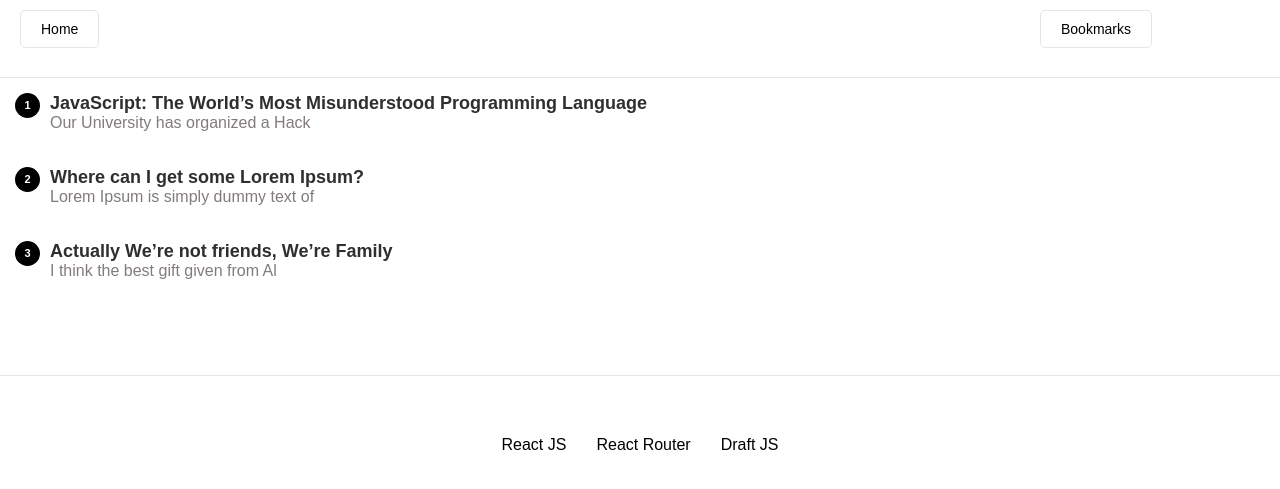
Repository: DevLaukey/task
Page: /react-mini-blog/bookmark
An editor plug-in stored every save of this project. The page is shown before and after the next save, followed by the edit.
The browser window is 1280 px wide. The pictures show the whole page.
The project was rebuilt for these pictures with package versions that can differ from the ones it lists, and the page was loaded fresh each time. Also part of the build but not shown: src/data.js, src/Components/content/Post.js, src/Components/content/Posts.js, src/Components/content/Content.js, src/Components/RichText/StyleButton.js, src/Components/RichText/BlockStyleControls.js, src/Components/RichText/InlineStyleControls.js, src/Components/posts/posts.css and 3 more.

Above is the page before, as saved 2022-06-13 13:45:44.

### public/index.html
<!DOCTYPE html>
<html lang="en">
  <head>
    <meta charset="utf-8">
    <meta name="viewport" content="width=device-width, initial-scale=1, shrink-to-fit=no">
    <meta name="theme-color" content="#000000">
    <!--
      manifest.json provides metadata used when your web app is added to the
      homescreen on Android. See https://developers.google.com/web/fundamentals/engage-and-retain/web-app-manifest/
    -->
    <link rel="manifest" href="%PUBLIC_URL%/manifest.json">
    <link rel="shortcut icon" href="%PUBLIC_URL%/favicon.ico">
    <!--
      Notice the use of %PUBLIC_URL% in the tags above.
      It will be replaced with the URL of the `public` folder during the build.
      Only files inside the `public` folder can be referenced from the HTML.

      Unlike "/favicon.ico" or "favicon.ico", "%PUBLIC_URL%/favicon.ico" will
      work correctly both with client-side routing and a non-root public URL.
      Learn how to configure a non-root public URL by running `npm run build`.
    -->
    <title>React Mini Blog - By Zonayed Ahmed</title>
  </head>
  <body>
    <noscript>
      You need to enable JavaScript to run this app.
    </noscript>
    <div id="root"></div>
    <!--
      This HTML file is a template.
      If you open it directly in the browser, you will see an empty page.

      You can add webfonts, meta tags, or analytics to this file.
      The build step will place the bundled scripts into the <body> tag.

      To begin the development, run `npm start` or `yarn start`.
      To create a production bundle, use `npm run build` or `yarn build`.
    -->
  </body>
</html>

### src/App.js
import React, { Component } from "react";
import { BrowserRouter as Router, Route } from "react-router-dom";
import "./App.css";
import data from "./data";
import Footer from "./Components/footer/Footer";
import Header from "./Components/header/Header";
import Content from "./Components/content/Content";
import Bookmark from "./Components/content/Bookmark";
import NewStory from "./Components/posts/NewStory";
import SinglePost from "./Components/posts/SinglePost";

export default class App extends Component {
  constructor(props) {
    super(props);
    this.state = {
      posts: data,
    };

    this.handleBookmark = this.handleBookmark.bind(this);
    this.handleRemoveBookmark = this.handleRemoveBookmark.bind(this);
    this.handleSubmission = this.handleSubmission.bind(this);
    this.handleRemove = this.handleRemove.bind(this);
  }

  handleBookmark(data) {
    let posts = this.state.posts;
    posts = posts.map((post) =>
      post === data
        ? { id: post.id, title: post.title, body: post.body, bookmark: true }
        : post
    );
    this.setState({ posts });
  }

  handleRemoveBookmark(data) {
    let posts = this.state.posts;
    posts = posts.map((post) =>
      post === data
        ? { id: post.id, title: post.title, body: post.body, bookmark: false }
        : post
    );
    this.setState({ posts });
  }

  handleSubmission(data) {
    let posts = this.state.posts;
    posts = [data, ...posts];
    this.setState({ posts });
  }

  handleRemove(post, history) {
    let posts = this.state.posts;
    posts = posts.filter((onepost) => onepost !== post);
    this.setState({ posts });
    history.push("/");
    this.handleWindow();
  }

  handleWindow() {
    window.scrollTo(0, 0);
  }

  render() {
    return (
      <Router basename="/react-mini-blog">
        <div className="App">
          <Route path="*" render={(props) => <Header {...props} />} />
          <Route
            exact
            path="/"
            render={() => (
              <Content
                posts={this.state.posts}
                bookmarks={this.state.posts.filter((post) => post.bookmark)}
                handleBookmark={this.handleBookmark}
                handleRemoveBookmark={this.handleRemoveBookmark}
              />
            )}
          />
          <Route
            exact
            path="/new"
            render={() => <NewStory handleSubmission={this.handleSubmission} />}
          />
          <Route
            exact
            path="/bookmark"
            render={() => (
              <Bookmark
                bookmarks={this.state.posts.filter((post) => post.bookmark)}
              />
            )}
          />
          <Route
            exact
            path="/post/:id"
            render={(props) => (
              <SinglePost
                {...props}
                posts={this.state.posts}
                handleBookmark={this.handleBookmark}
                handleRemoveBookmark={this.handleRemoveBookmark}
                handleRemove={this.handleRemove}
                handleWindow={this.handleWindow()}
              />
            )}
          />
          <Footer />
        </div>
      </Router>
    );
  }
}

### src/App.css
* {
  box-sizing: border-box;
  margin: 0;
  padding: 0;
}

.App {
  width: 100vw;
}

.btn {
  background: #fff;
  border: solid 1px rgba(0, 0, 0, 0.1);
  padding: 10px 20px;
  font-size: 14px;
  border-radius: 5px;
  margin: 10px;
}

a.btn {
  text-decoration: none;
  color: #000;
}

.btn:hover {
  cursor: pointer;
  border-color: #000;
}



.input-title {
  font-size: 32px;
  width: 100%;
  font-weight: 700;
  border: none;
  box-shadow: none;
  padding: 15px 0;
}

.input-title:focus {
  outline: none;
}

.richtext-editor {
  width: calc(100% / 1.35);
  margin: 0 auto;
}

.RichEditor-styleButton {
  background-color: #000;
  color: #fff;
  padding: 2px 5px;
  margin: 0;
  margin-right: 10px;
  border: 2px solid transparent;
}

.RichEditor-activeButton {
  border-color: #000;
  color: #000;
  background-color: transparent;
}

.public-DraftEditorPlaceholder-root {
  padding: 0;
  position: absolute;
  color: rgba(0, 0, 0, 0.3);
  font-weight: 700;
  font-size: 18px;
}

.public-DraftEditorPlaceholder-inner {
  font-size: 18px;
}

.msg-success {
  color: #4caf50;
}

.msg-error {
  color: #f44336;
}

### src/Components/footer/Footer.js
import React from 'react';
import "./footer.css"
export default () => {
  return (
    <footer>
      <div className="footer">
        <ul>
          <li>React JS</li>
          <li>React Router</li>
          <li>Draft JS</li>
        </ul>
      </div>
    </footer>
  )
}

### src/Components/header/Header.js
import React from "react";
import { Link } from "react-router-dom";
import "./header.css";

export default ({ match: { url } }) => {
  return (
    <header>
      <nav className="navbar">
        <div className="header__newStory">
          {url === "/" ? (
            <Link to="/new" className="btn btn-new">
              New Story
            </Link>
          ) : (
            <Link to="/" className="btn btn-new">
              Home
            </Link>
          )}
        </div>
        <div className="header__bookmarks">
          <Link to="/bookmark" className="btn btn-bookmarks">
            Bookmarks
          </Link>
        </div>
      </nav>
    </header>
  );
};

### src/Components/content/Bookmark.js
import React from "react";
import Bookmarks from "./Bookmarks";
import "./content.css"
export default ({ bookmarks }) => {
  return (
    <div className="bookmark-page">
      <h1 className="bookmark__h1">Your Bookmarks</h1>
      <Bookmarks bookmarks={bookmarks} />
    </div>
  );
};

### src/Components/footer/footer.css

footer {
  clear: both;
  padding: 60px 0;
}

.footer ul {
  margin: 0;
  padding: 0;
  padding-top: 60px;
  border-top: solid 1px rgba(0, 0, 0, 0.10);
  text-align: center;
}

.footer ul li {
  list-style: none;
  display: inline-block;
  margin: 0 15px;
}

.footer ul li a {
  background-color: #000;
  color: #fff;
  text-decoration: none;
  padding: 2px 5px;
  border-radius: 4px;
}

### src/Components/header/header.css

header{
    background-color:white;
    position: fixed;
    top: 0;

}
.navbar{
    display:flex;
    justify-content:space-between;
    margin: 20px 10px;
    width: 90vw;
}

### src/Components/content/Bookmarks.js
import React from "react";
import { Link } from "react-router-dom";
import { leveningStr } from "../../helper";
import "./content.css";
export default ({ bookmarks }) => {
  const { length } = bookmarks;
  const showPost =
    length > 0 ? (
      bookmarks.map(({ id, title, body }, index) => (
        <div key={id} className="bookmark">
          <span className="number">{index + 1}</span>
          <h5>
            <Link to={`/post/${id}`}>{title}</Link>
          </h5>
          <p>{leveningStr(body, 35)}</p>
        </div>
      ))
    ) : (
      <p>No Bookmark Found</p>
    );
  return <div>{showPost}</div>;
};

### src/Components/content/content.css
.content-area {
  width: 100vw;
  display: flex;
}
.all-posts {
  width: 100%;
  margin: 15px;
}


.bookmarks-sidebar {
  display: none;

}
.post {
  margin-bottom: 30px;
  padding: 0 25px;
  border-bottom: 1px solid #9b9898;
}

.post a {
  color: #000;
  text-decoration: none;
}

.post h3 {
  font-size: 26px;
  margin-bottom: 15px;
}

.post p {
  line-height: 1.8;
}

.post ul {
  display: flex;
  align-items: center;
  flex-wrap: wrap;
  padding: 0;
}

.post ul li {
  margin: 10px;
  list-style: none;
  display: inline-block;
}

.post ul li button {
  margin-right: 15px;
}

.post-foot {
  border-top: solid 1px rgba(0, 0, 0, 0.1);
  margin: 0;
  margin-top: 35px;
  padding: 35px 0;
}

.post-foot li {
  list-style: none;
  display: inline-block;
}

.btn-more {
  margin-right: 15px;
}
.btn-remove-bookmarks {
  background-color: #000;
  color: #fff;
}

.btn-remove {
  background-color: #F44336;
  color: #fff;
  margin-left: 15px;
}

.btn-submit {
  margin-top: 15px;
}

.bookmark {
  position: relative;
  padding-left: 35px;
  margin-left: 15px;
  margin-top: 15px;
  margin-bottom: 35px;
}

.bookmark h5 {
  font-size: 18px;
  margin-bottom: 0;
}

.bookmark h5 a {
  text-decoration: none;
  color: rgb(48, 46, 46);
}

.bookmark p {
  font-size: 16px;
  color: rgba(99, 90, 90, 0.8);
  margin: 0;
}

.bookmark .number {
  position: absolute;
  left: 0;
  background-color: #000;
  color: #fff;
  font-size: 11px;
  font-weight: 900;
  height: 25px;
  width: 25px;
  border-radius: 100%;
  text-align: center;
  top: 0;
  line-height: 25px;
}
.bookmark-page {
  margin-top: 10px;
}
.bookmark__h1{
  text-align: center;
}

.bookmark-page h1 {
  border-bottom: solid 1px rgba(0, 0, 0, 0.1);
  padding-bottom: 30px;
}


/* MEDIA QUERY FOR LARGER SCREENS */
@media screen and (min-width: 768px) {
  .bookmarks-sidebar {
    display: flex;
    flex-direction: column;
    flex-wrap: wrap;
    padding: 20px;
      background-color: #fafafa;

  }
}

### src/helper.js
export const leveningStr = (data, amount) => {
  let string = data.split(/<\/?\w*>/);
  string = string.reduce((data, one)=>data+=one);
  string = string.substr(0, amount);
  return string;
}

Loaded but not shown: src/index.js (common file); src/index.css (common file); src/registerServiceWorker.js (common file)

After the next save:
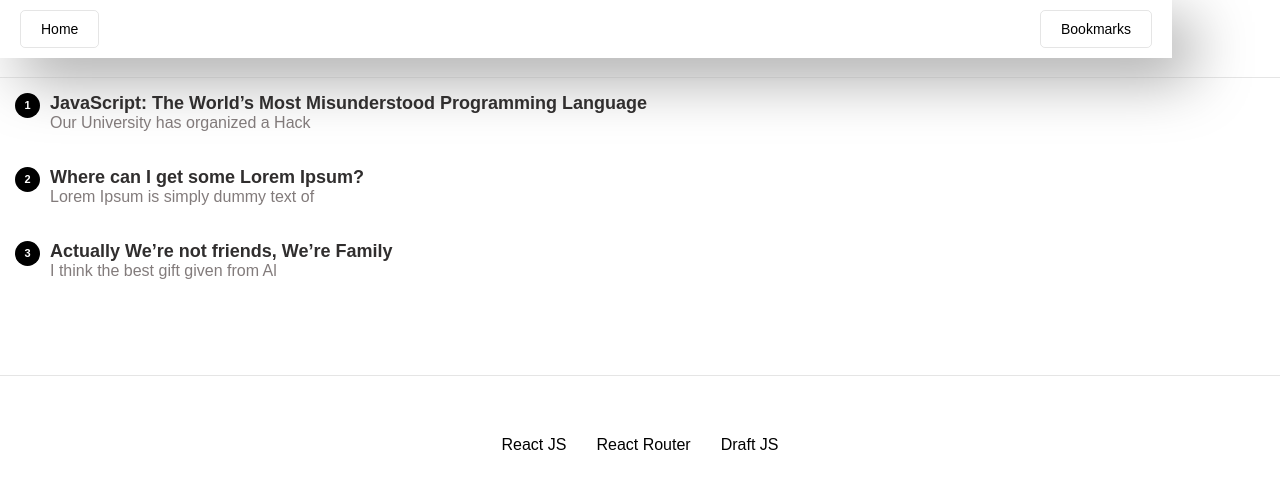
Saved 79 s later.
--- a/src/Components/header/header.css
+++ b/src/Components/header/header.css
@@ -1,13 +1,12 @@
-
-header{
-    background-color:white;
-    position: fixed;
-    top: 0;
-
+header {
+  background-color: white;
+  position: fixed;
+  top: 0;
+  box-shadow: 20px 20px 60px #a4a4a4, -20px -20px 60px #ffffff;
 }
-.navbar{
-    display:flex;
-    justify-content:space-between;
-    margin: 20px 10px;
-    width: 90vw;
+.navbar {
+  display: flex;
+  justify-content: space-between;
+  margin: 20px 10px;
+  width: 90vw;
 }
